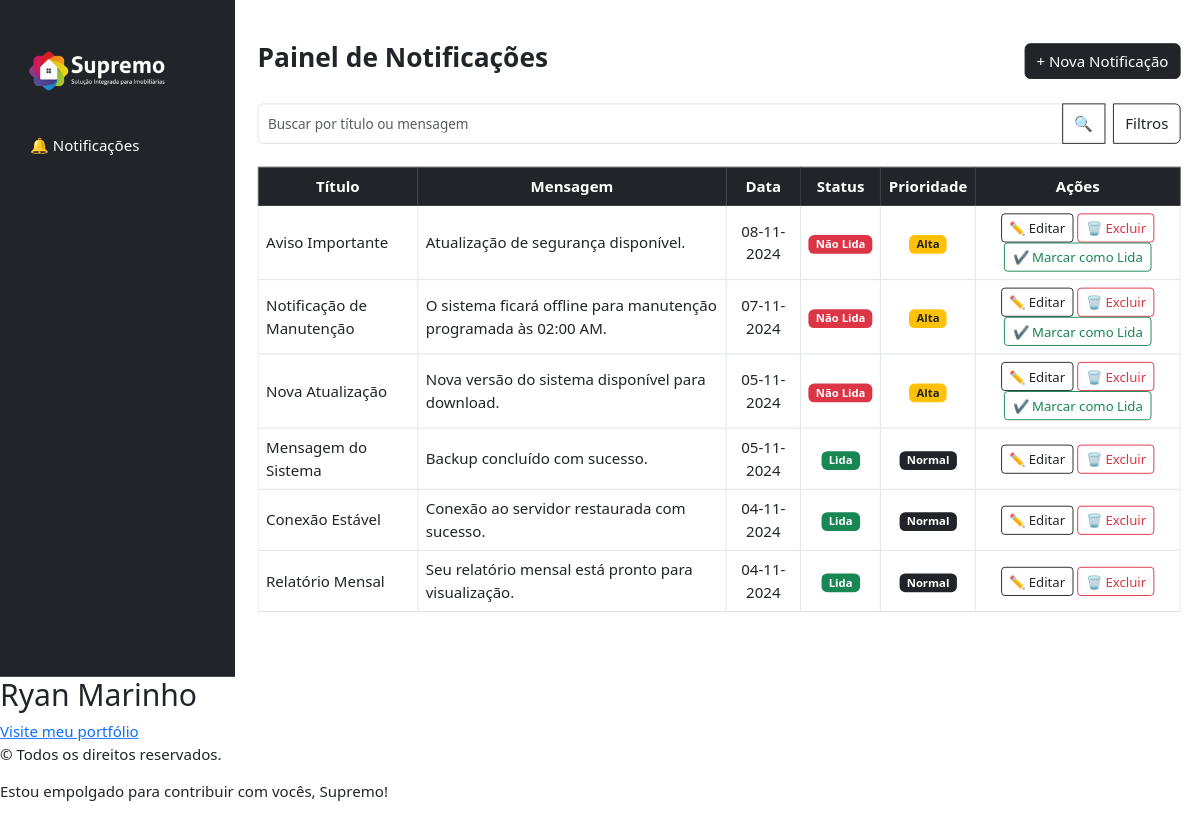
Repository: ryanmarinhodev/Supremo-html-css-teste
Page: notificações/notificacoes.html
These files come from the project's save history. The page is drawn as it stood at one moment and after the next save; the edit follows.
The browser window is 1280 px wide. The pictures show the whole page, at 94% of full size.

Above is the page before, as saved 2024-11-08 13:54:13.

After the next save:
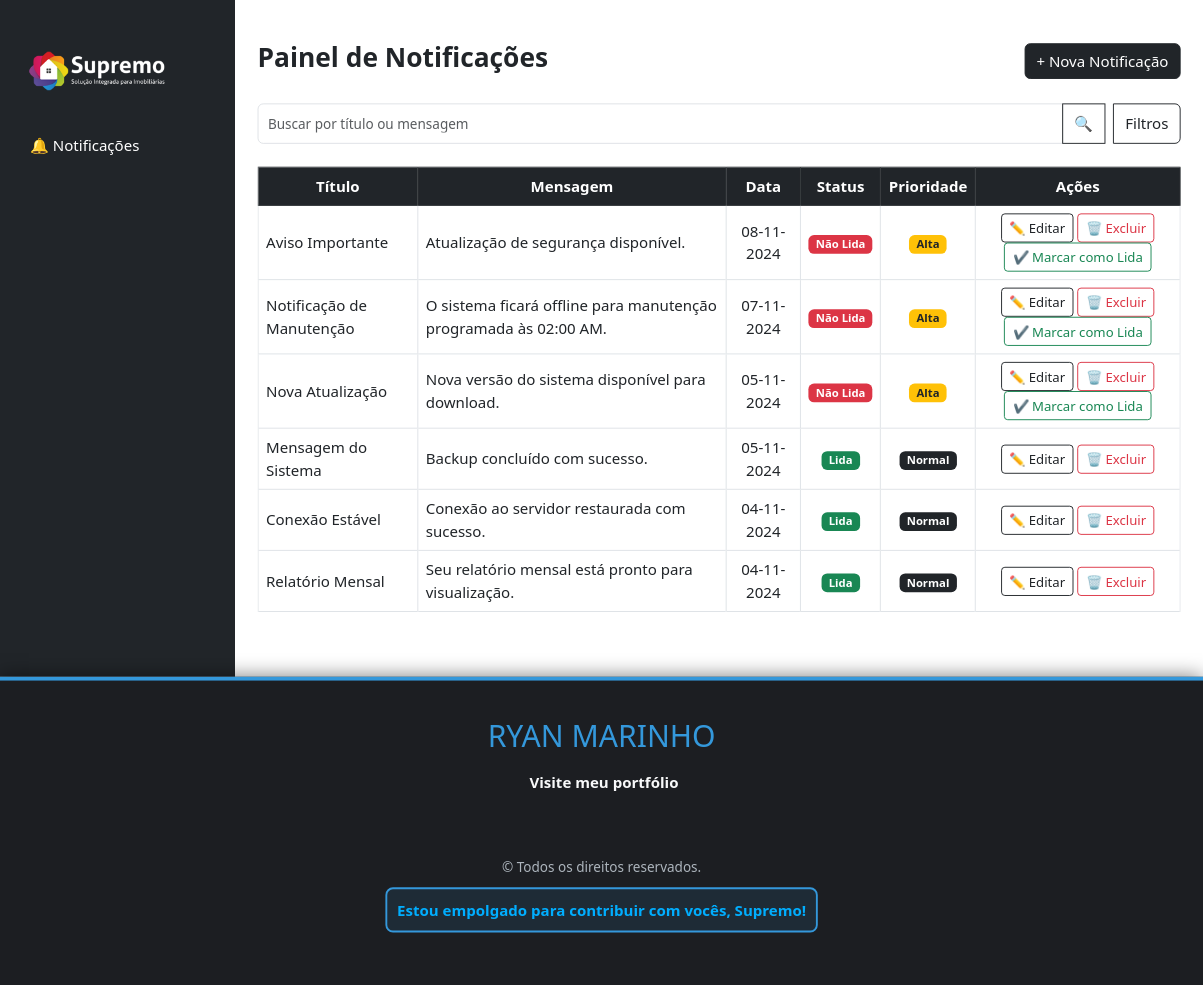
Saved 28 s later.
--- a/notificações/notificacoes.css
+++ b/notificações/notificacoes.css
@@ -35,6 +35,96 @@
     background-color: #f8f9fa;
 }
 
+.footer {
+    background-color: #1c1e22;
+    color: #f8f9fa;
+    text-align: center;
+    padding: 40px 20px;
+    position: relative;
+    bottom: 0;
+    width: 100%;
+    box-shadow: 0 -1px 20px rgba(0, 0, 0, 0.5);
+    border-top: 4px solid #3498db;
+}
+
+.footer-content {
+    max-width: 1200px;
+    margin: auto;
+    display: flex;
+    flex-direction: column;
+    align-items: center;
+}
+
+.footer-logo {
+    font-size: 2em;
+    font-weight: bold;
+    margin-bottom: 10px;
+    color: #3498db;
+    text-transform: uppercase;
+}
+
+.footer-nav {
+    margin-bottom: 10px;
+}
+
+.footer-nav a {
+    color: #f8f9fa;
+    text-decoration: none;
+    margin: 0 15px;
+    transition: color 0.3s, transform 0.3s;
+}
+
+.footer-nav a:hover {
+    color: #3498db;
+    transform: scale(1.1);
+}
+
+.portfolio-icon {
+    margin-right: 5px;
+    vertical-align: middle;
+}
+
+.portfolio-text {
+    font-weight: bold;
+}
+
+.footer-social {
+    margin: 10px 0;
+}
+
+.footer-social a {
+    color: #f8f9fa;
+    margin: 0 10px;
+    transition: color 0.3s;
+}
+
+.footer-social a:hover {
+    color: #3498db;
+}
+
+.footer-copy {
+    font-size: 0.9em;
+    margin: 0;
+    color: #adb5bd;
+}
+
+.footer-note {
+    font-size: 1em;
+    color: #00aeff;
+    margin-top: 10px;
+    font-weight: bold;
+    padding: 10px;
+    border: 2px solid #3498db;
+    border-radius: 8px;
+    background-color: rgba(52, 152, 219, 0.1);
+    transition: transform 0.3s;
+}
+
+.footer-note:hover {
+    transform: scale(1.05);
+}
+
+
 @media (max-width: 768px) {
     .barra-lateral {
         display: none;
